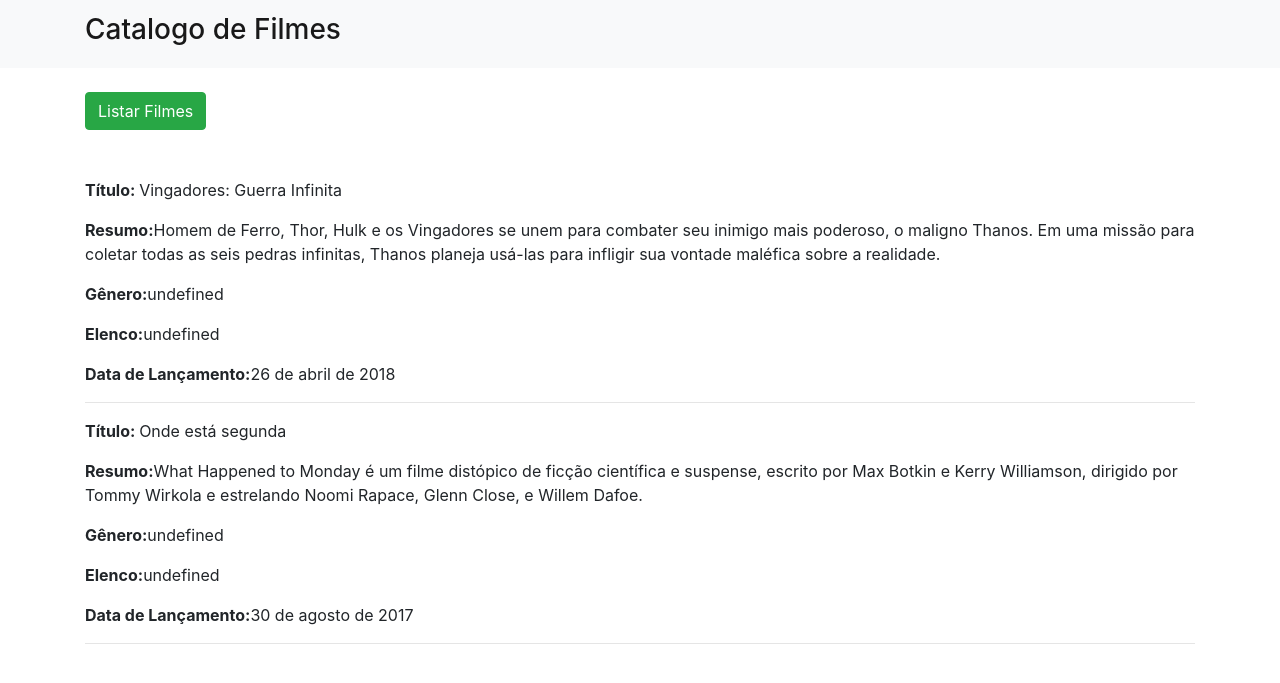
Repository: FredeRibeiro/htdocs-Desenvolvimento-Web-Completo-2019
Page: ajax/filmes.html
These files come from the project's save history. The page is drawn as it stood at one moment and after the next save; the edit follows.
The browser window is 1280 px wide. The pictures show the whole page.
After loading, the first visible `button.btn` was clicked once.

Above is the page before, as saved 2019-10-16 13:40:40.

### ajax/filmes.html
<!DOCTYPE html>
<html lang="en">
<head>
	<meta charset="UTF-8">
	<meta name="viewport" content="width=device-width, initial-scale=1.0">
	<meta http-equiv="X-UA-Compatible" content="ie=edge">

	<link rel="stylesheet" href="https://stackpath.bootstrapcdn.com/bootstrap/4.1.3/css/bootstrap.min.css"
		integrity="sha384-MCw98/SFnGE8fJT3GXwEOngsV7Zt27NXFoaoApmYm81iuXoPkFOJwJ8ERdknLPMO" crossorigin="anonymous">

		<script src="xmltojson.js"></script>

		<script>
			function getFilmes() {

				let xmlHttp = new XMLHttpRequest();

				xmlHttp.open('GET', 'http://localhost/ajax/filmes.xml');

				xmlHttp.onreadystatechange = () => {
					if (xmlHttp.readyState == 4 && xmlHttp.status == 200) {
						let XMLFilmes = xmlHttp.responseText

						let parser = new DOMParser();

						domFilmes = parser.parseFromString(XMLFilmes, 'text/xml');

						jsonFilmes = xmlToJson(domFilmes)

						console.log(jsonFilmes);


						for(let i in jsonFilmes['filmes']['filme']){

							let item = jsonFilmes['filmes']['filme'][i];

							let divRow = document.createElement('div')
							divRow.className = 'row'

							let divCol = document.createElement('div')
								divCol.className = 'col'

							let p1 = document.createElement('p')
								p1.innerHTML = '<strong> Título: </strong>' + item['titulo']['#text'] ;
							let p2 = document.createElement('p')
								p2.innerHTML = '<strong> Resumo:</strong>'  + item['resumo']['#text'] ;
							let p3 = document.createElement('p')
								p3.innerHTML = '<strong> Gênero:</strong>'  + item['genero']['#text'] ;
							let p4 = document.createElement('p')
								p4.innerHTML = '<strong> Elenco:</strong>'  + item['elenco']['ator']['#text'] ;
							let p5 = document.createElement('p')
								p5.innerHTML = '<strong> Data de Lançamento:</strong>'  + item['dataLancamento']['#text'] ;

							let hr = document.createElement('hr');

								divRow.appendChild(divCol);
								divCol.appendChild(p1);
								divCol.appendChild(p2);
								divCol.appendChild(p3);
								divCol.appendChild(p4);
								divCol.appendChild(p5);
								divCol.appendChild(hr);


							document.getElementById('lista').appendChild(divRow)

						}
					}

					if (xmlHttp.readyState == 4 && xmlHttp.status == 404) {
						//..
					}
				}

				xmlHttp.send();

			}
		</script>


	<title>Catalogo de Filmes</title>


</head>
<body>
	<nav class="navbar navbar-light bg-light mb-4">
		<div class="container">
			<div class="navbar-brand mb-0 h1">
				<h3>Catalogo de Filmes</h3>
			</div>
		</div>
	</nav>

	<div class="container" id="lista">
		<div class="row mb-5">
			<div class="col">
				<button class="btn btn-success" type="button" onclick="getFilmes()">Listar Filmes</button>
			</div>
		</div>
	</div>
</body>
</html>

### ajax/xmltojson.js
function xmlToJson(xml) {


    var obj = {}, i, j, attribute, item, nodeName, old;

    if (xml.nodeType === 1) { // element
        // do attributes
        if (xml.attributes.length > 0) {
            obj["@attributes"] = {};
            for (j = 0; j < xml.attributes.length; j = j + 1) {
                attribute = xml.attributes.item(j);
                obj["@attributes"][attribute.nodeName] = attribute.nodeValue;
            }
        }
    } else if (xml.nodeType === 3) { // text
        obj = xml.nodeValue.trim();
    }

    // do children
    if (xml.hasChildNodes()) {
        for (i = 0; i < xml.childNodes.length; i = i + 1) {
            item = xml.childNodes.item(i);
            nodeName = item.nodeName;
            if ((obj[nodeName]) === undefined) {
                obj[nodeName] = xmlToJson(item);
            } else {
                if ((obj[nodeName].push) === undefined) {
                    old = obj[nodeName];
                    obj[nodeName] = [];
                    obj[nodeName].push(old);
                }
                obj[nodeName].push(xmlToJson(item));
            }
        }
    }
    return obj;
};

After the next save:
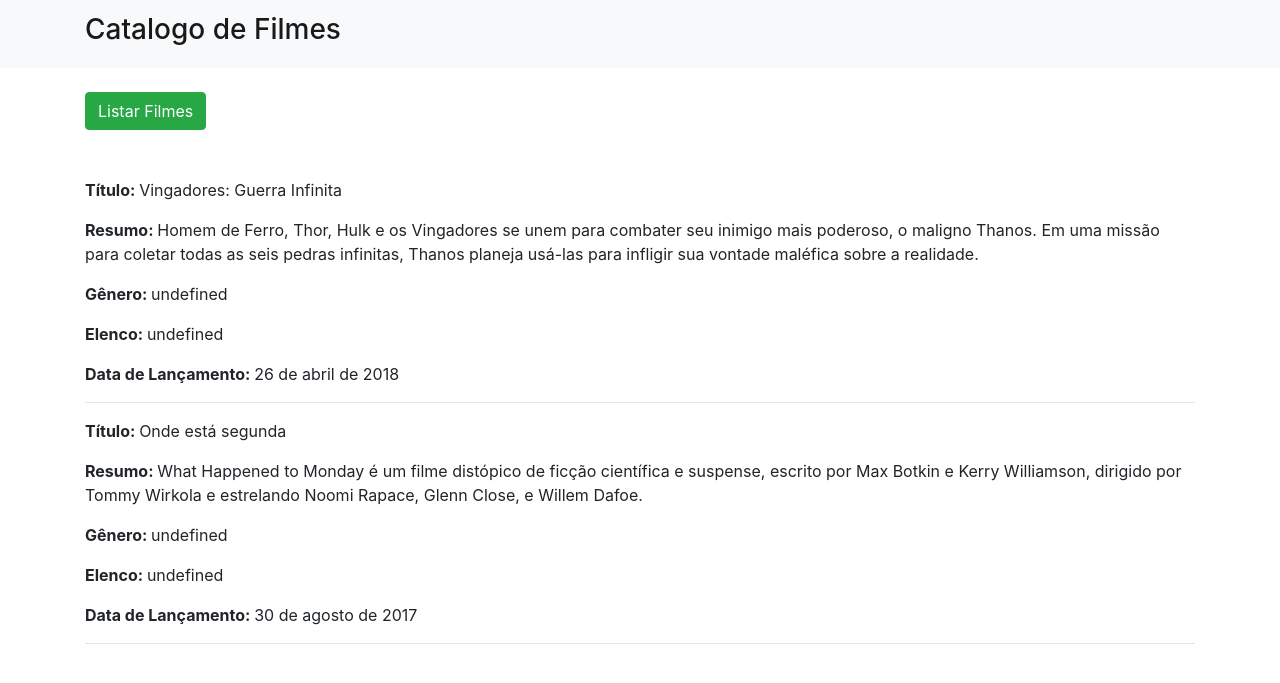
Saved 97 s later.
--- a/ajax/filmes.html
+++ b/ajax/filmes.html
@@ -43,13 +43,13 @@
 							let p1 = document.createElement('p')
 								p1.innerHTML = '<strong> Título: </strong>' + item['titulo']['#text'] ;
 							let p2 = document.createElement('p')
-								p2.innerHTML = '<strong> Resumo:</strong>'  + item['resumo']['#text'] ;
+								p2.innerHTML = '<strong> Resumo: </strong>'  + item['resumo']['#text'] ;
 							let p3 = document.createElement('p')
-								p3.innerHTML = '<strong> Gênero:</strong>'  + item['genero']['#text'] ;
+								p3.innerHTML = '<strong> Gênero: </strong>'  + item['genero']['#text'] ;
 							let p4 = document.createElement('p')
-								p4.innerHTML = '<strong> Elenco:</strong>'  + item['elenco']['ator']['#text'] ;
+								p4.innerHTML = '<strong> Elenco: </strong>'  + item['elenco']['ator']['#text'] ;
 							let p5 = document.createElement('p')
-								p5.innerHTML = '<strong> Data de Lançamento:</strong>'  + item['dataLancamento']['#text'] ;
+								p5.innerHTML = '<strong> Data de Lançamento: </strong>'  + item['dataLancamento']['#text'] ;
 
 							let hr = document.createElement('hr');
 
